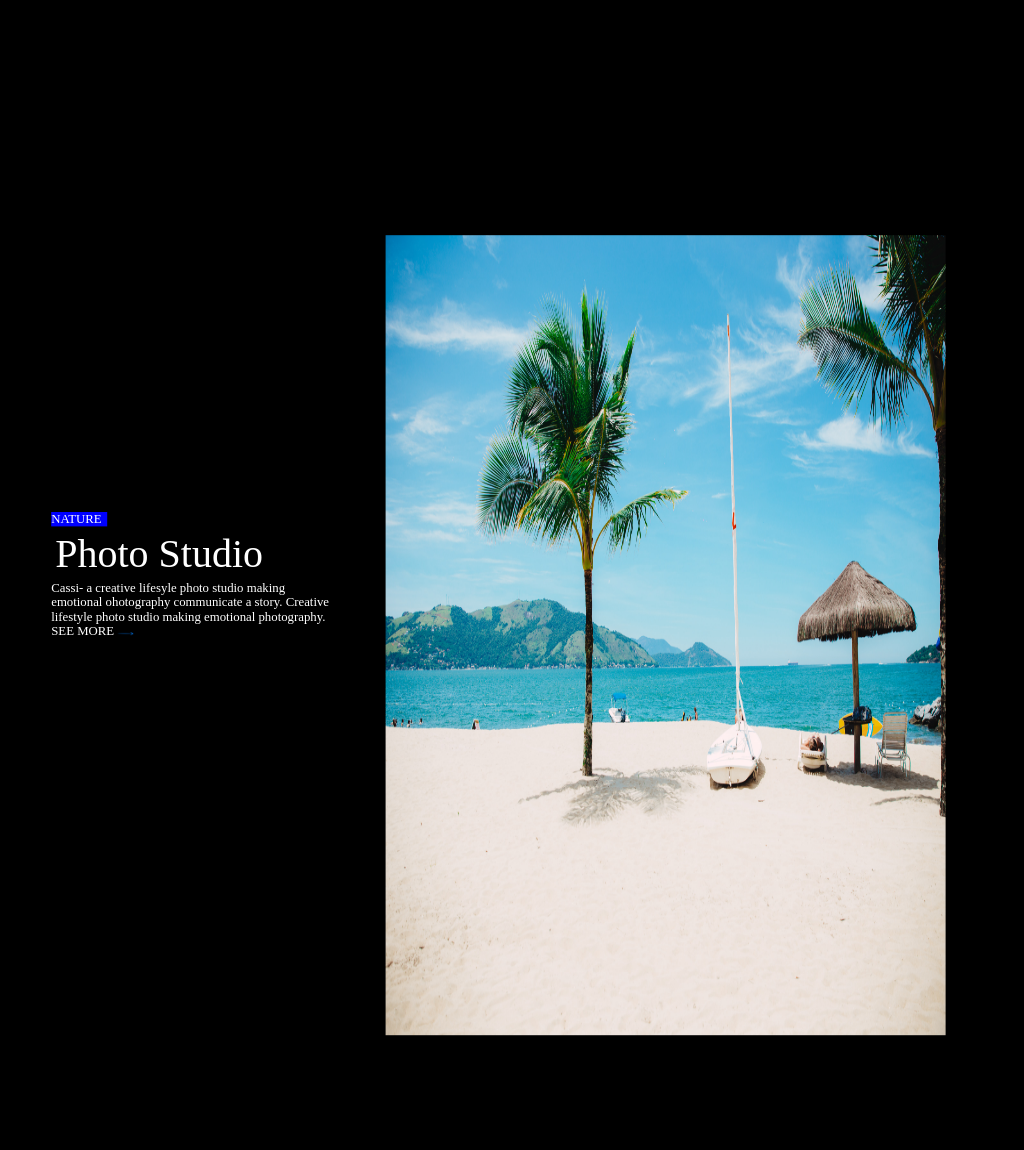
Repository: BRAspeaks/petty-project1
Page: petty project 1.html
An editor plug-in stored every save of this project. The page is shown before and after the next save, followed by the edit.
The browser window is 1280 px wide. The pictures show the whole page, at 80% of full size.

Above is the page before, as saved 2022-07-25 15:08:59.

### petty project 1.html
<!DOCTYPE html>
<html lang="en">
    <head>
        <meta charset="UTF-8">
        <meta http-equiv="X-UA-Compatible" content="IE=edge">
        <meta name="viewport" content="width=device-width, initial-scale=1.0">
        <title> Photo Studio</title>
        <link rel="stylesheet" href="pettyproject1.css">
    </head>
    <body>
        <div class="main">
            <p class="Nature"> NATURE</p>
            <p class="photo">Photo Studio</p>
            <p class="bodice">Cassi- a creative lifesyle photo studio making emotional ohotography communicate a story. Creative lifestyle photo studio making emotional photography.</p>
            <p class="more">SEE MORE </p>
            <img src="bluearrow.png" class="arrow">
        </div>
        <div class="image">
            <img src="beach.jpg" class="beach" >
        </div>
    </body>
</html>

### pettyproject1.css
* {
    margin: 0;
    padding: 0;
    box-sizing: border-box;
}
body{
    background-color: black;
    color: white;
}
.main{
    text-align: left;
    width: 350px;
    margin-top: 50%;
    margin-bottom: 50%;
    margin-left: 5%;
    margin-right: 5%;
}
.Nature{
    background-color: blue;
    width:70px;
}
.photo{
    font-size: 50px;
    margin: 5px;
}
.arrow{
    width:20px;
}
.more, .arrow {
    display: inline-block
}
.main, .image{
    display:inline-block;
}
.image{
    text-align: right;

}
.beach{
    width: 700px;
    height: 1000px;
    margin-bottom: -500px;
}

After the next save:
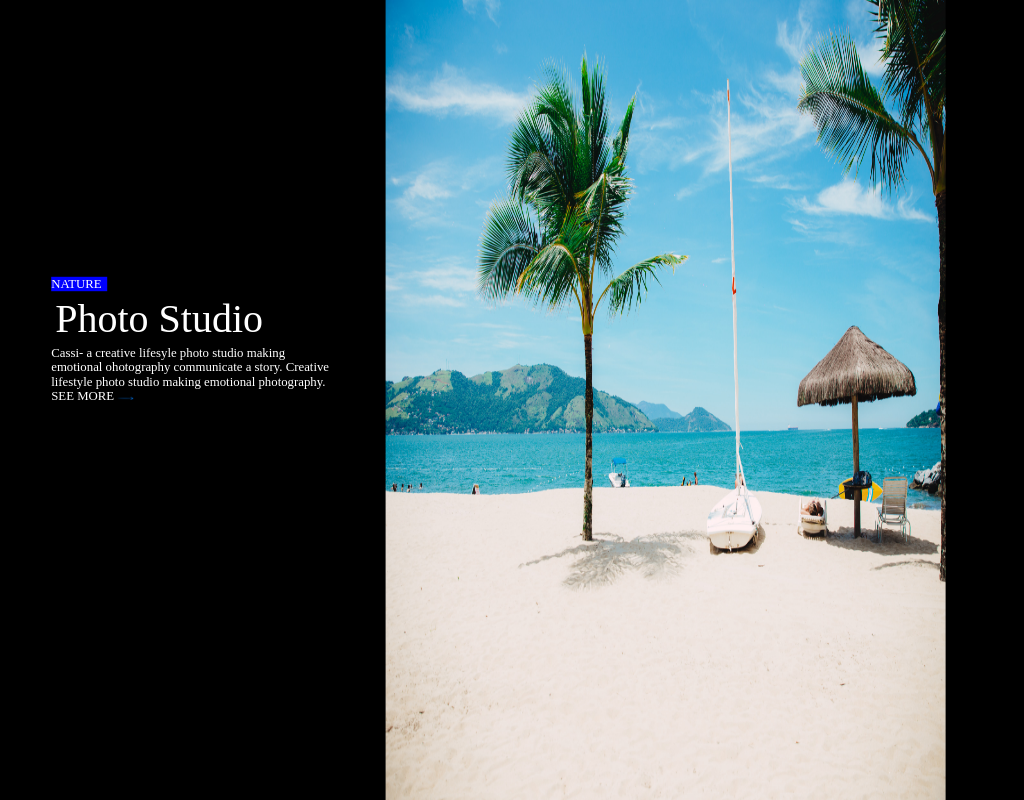
Saved 19 s later.
--- a/pettyproject1.css
+++ b/pettyproject1.css
@@ -10,8 +10,8 @@ body{
 .main{
     text-align: left;
     width: 350px;
-    margin-top: 50%;
-    margin-bottom: 50%;
+    /* margin-top: 50%;
+    margin-bottom: 50%; */
     margin-left: 5%;
     margin-right: 5%;
 }
